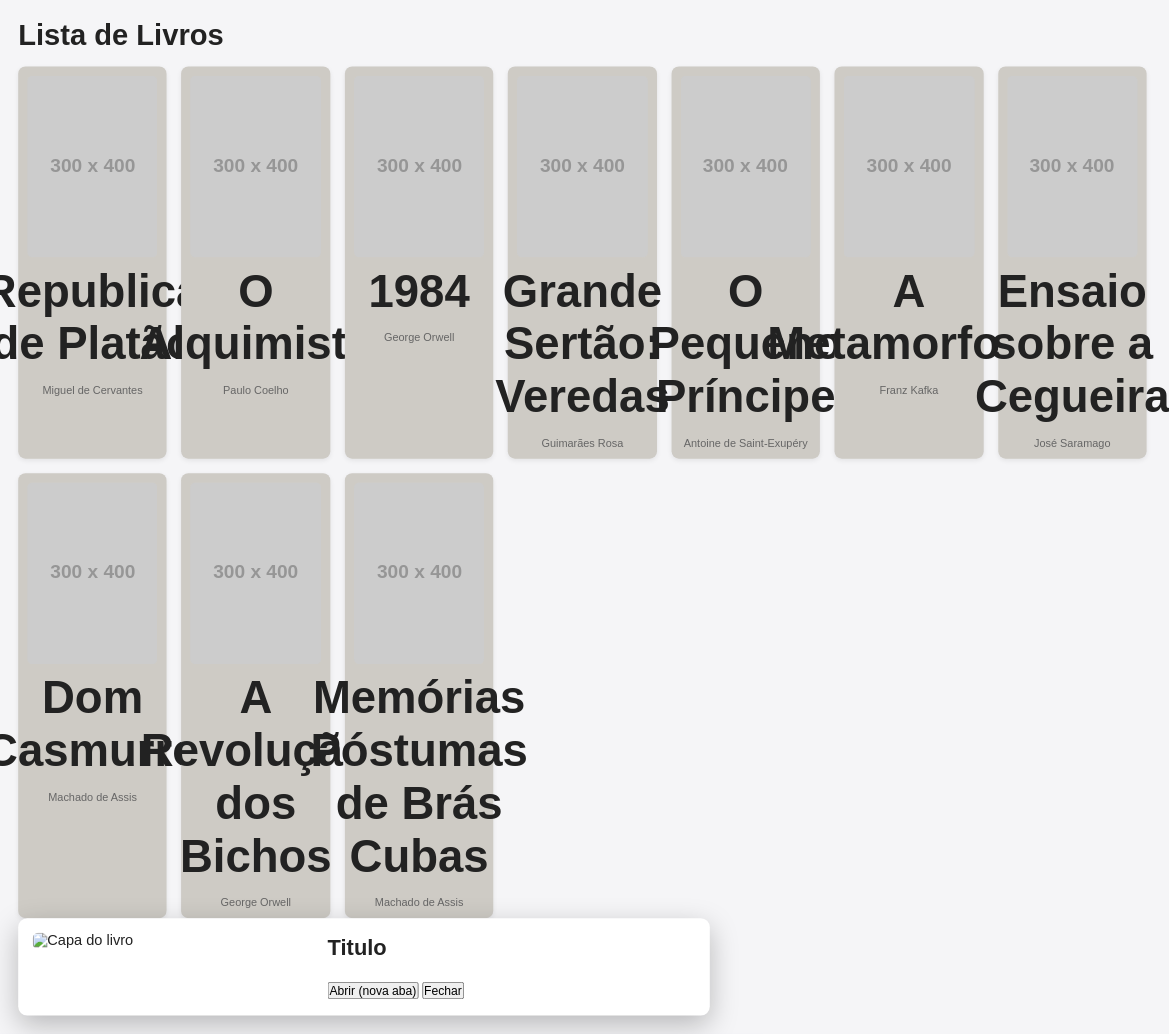
Repository: cleytonds/Biblioteca
Page: templates/lista_livros.HTML
These files come from the project's save history. The page is drawn as it stood at one moment and after the next save; the edit follows.
The browser window is 1280 px wide. The page is 1285 px wide, then 1280 px, so the pictures cover 1285 px, including what lies to the right of the window. The pictures show the whole page, at 91% of full size.

Above is the page before, as saved 2025-11-15 17:30:20.

After the next save:
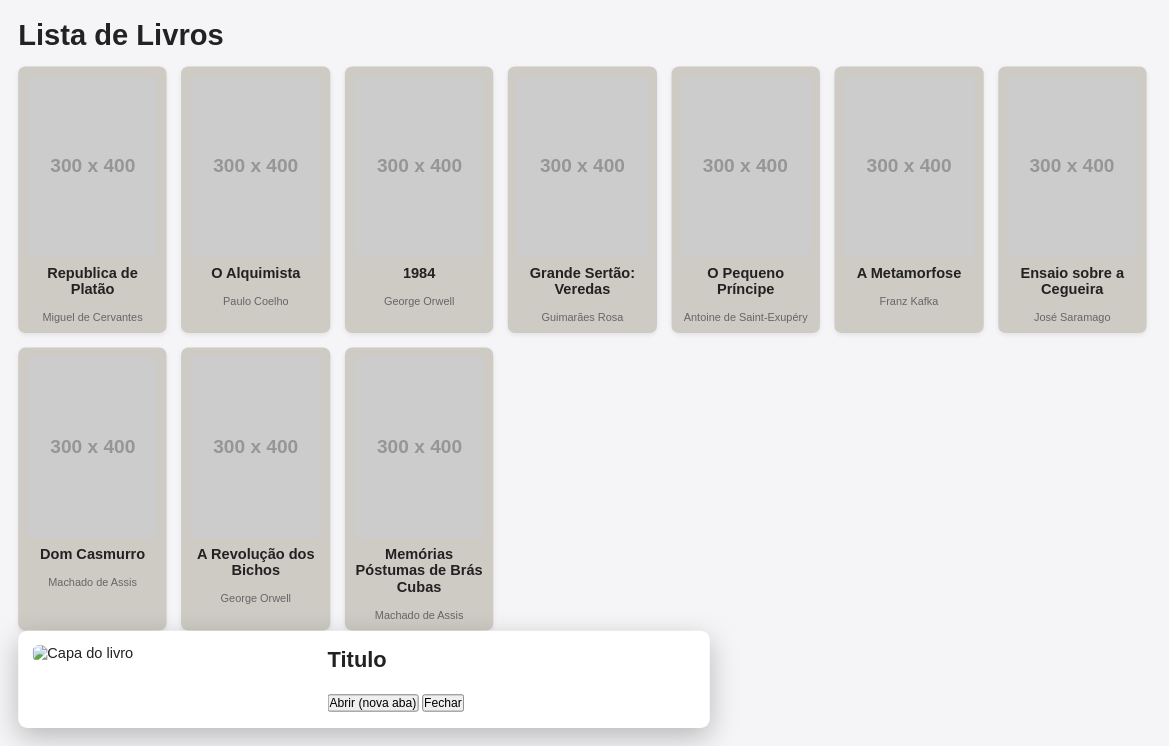
Saved 5 s later.
--- a/Static/lista_de_livros.css
+++ b/Static/lista_de_livros.css
@@ -53,7 +53,7 @@
 }
 .book .title {
     font-weight:700 ;
-    font-size: 50px;
+    font-size: 16px;
     margin-bottom: 15px;
 
 }
